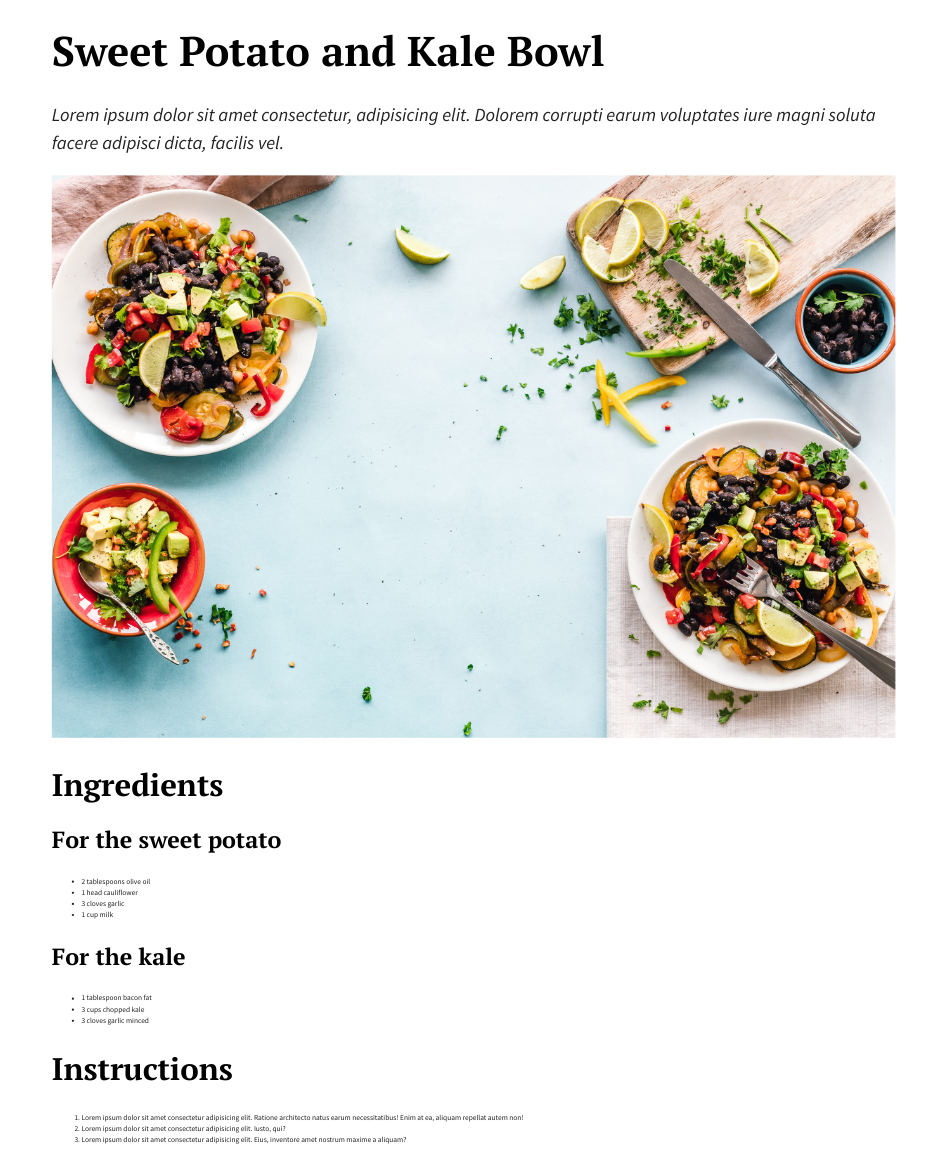
Repository: ZhenyaKu/recipe-art-pages
Page: index.html
These files come from the project's save history. The page is drawn as it stood at one moment and after the next save; the edit follows.
The browser window is 1280 px wide. The pictures show the whole page, at 74% of full size.

Above is the page before, as saved 2021-03-15 00:14:13.

### index.html
<!DOCTYPE html>
<html lang="en">
	<head>
		<title>Card</title>
		<meta charset="UTF-8" />
		<meta name="viewport" content="width=device-width, initial-scale=1.0" />
		<link rel="stylesheet" href="css/styles.css" />
		<link rel="preconnect" href="https://fonts.gstatic.com" />
		<link
			href="https://fonts.googleapis.com/css2?family=PT+Serif:ital,wght@0,400;0,700;1,400&family=Source+Sans+Pro:ital,wght@0,400;0,600;0,700;1,400&display=swap"
			rel="stylesheet"
		/>
	</head>
	<body>
		<div class="container">
			<h1>Sweet Potato and Kale Bowl</h1>
			<p class="lead">
				Lorem ipsum dolor sit amet consectetur, adipisicing elit.
				Dolorem corrupti earum voluptates iure magni soluta facere
				adipisci dicta, facilis vel.
			</p>
			<img src="./image/food.jpg" alt="food" />
			<h2>Ingredients</h2>
			<h3>For the sweet potato</h3>
			<ul>
				<li>2 tablespoons olive oil</li>
				<li>1 head cauliflower</li>
				<li>3 cloves garlic</li>
				<li>1 cup milk</li>
			</ul>
			<h3>For the kale</h3>
			<ul>
				<li>1 tablespoon bacon fat</li>
				<li>3 cups chopped kale</li>
				<li>3 cloves garlic minced</li>
			</ul>

			<h2>Instructions</h2>
			<ol>
				<li>
					Lorem ipsum dolor sit amet consectetur adipisicing elit.
					Ratione architecto natus earum necessitatibus! Enim at ea,
					aliquam repellat autem non!
				</li>
				<li>
					Lorem ipsum dolor sit amet consectetur adipisicing elit.
					Iusto, qui?
				</li>
				<li>
					Lorem ipsum dolor sit amet consectetur adipisicing elit.
					Eius, inventore amet nostrum maxime a aliquam?
				</li>
			</ol>
		</div>
	</body>
</html>

### css/styles.css
html {
    font-size: 62.5%;
}

body {
    font-family: 'Source Sans Pro', sans-serif;
    font-size: font-size: 1.8rem;
    color: #222;
    line-height: 1.5;

}

.container {
    max-width: 1140px;
    margin: auto;
}

h1,
h2,
h3 {
    font-family: 'PT Serif', serif;
    color: black;
    font-weight: 900;
    line-height: 1.1;
}

h1 {
    font-size: 5.61rem;
}

h2 {
    font-size: 4.209rem;
}

h3 {
    font-size: 3.157rem;
}

img {
    width: 100%;
}

.lead {
    font-family: 'Source Sans Pro', sans-serif;
    font-style: italic;
    font-size: 2.5rem;
}

After the next save:
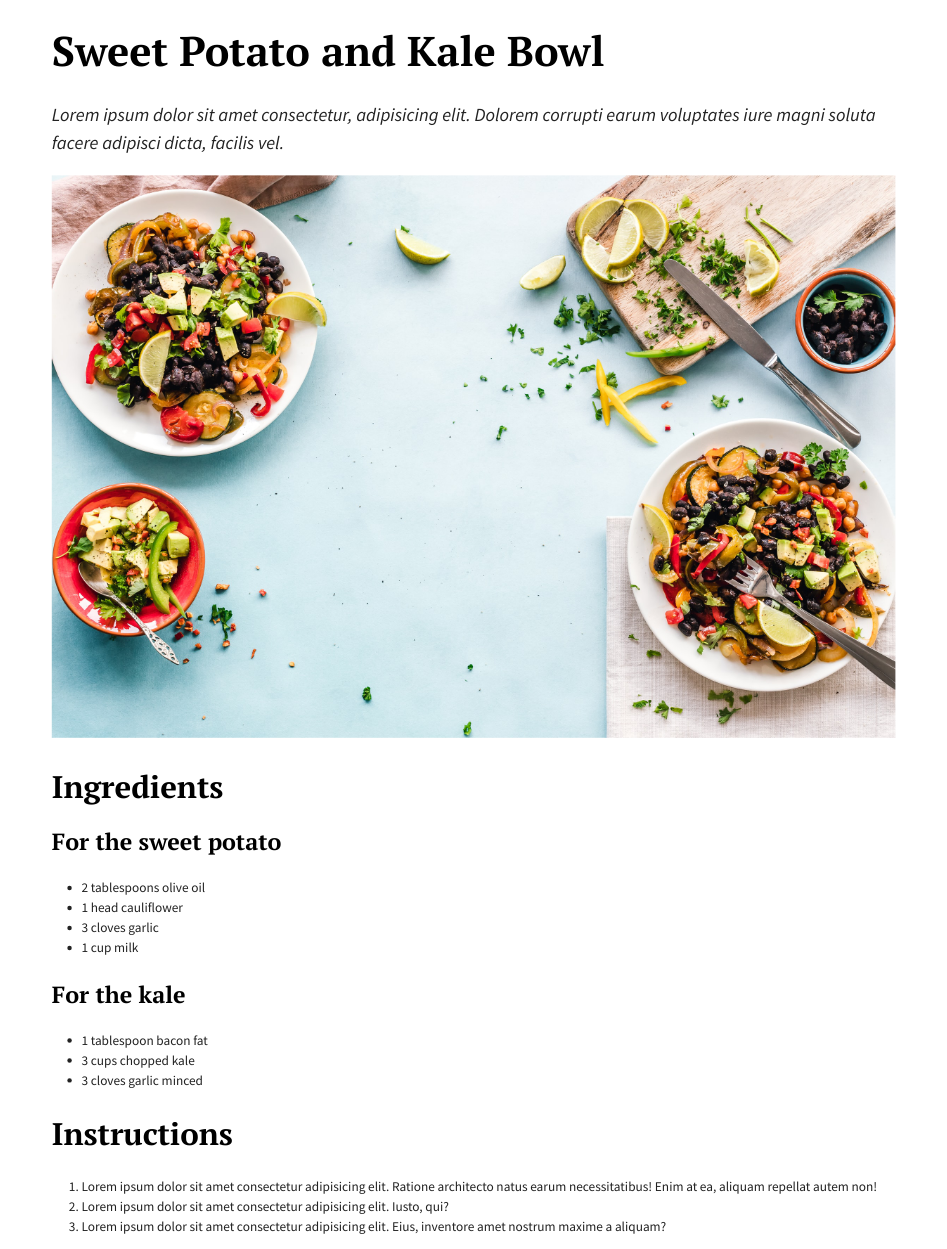
Saved 62 s later.
--- a/css/styles.css
+++ b/css/styles.css
@@ -2,12 +2,11 @@ html {
     font-size: 62.5%;
 }
 
-body {
+body{
     font-family: 'Source Sans Pro', sans-serif;
-    font-size: font-size: 1.8rem;
+    font-size:1.8rem;
     color: #222;
     line-height: 1.5;
-
 }
 
 .container {
